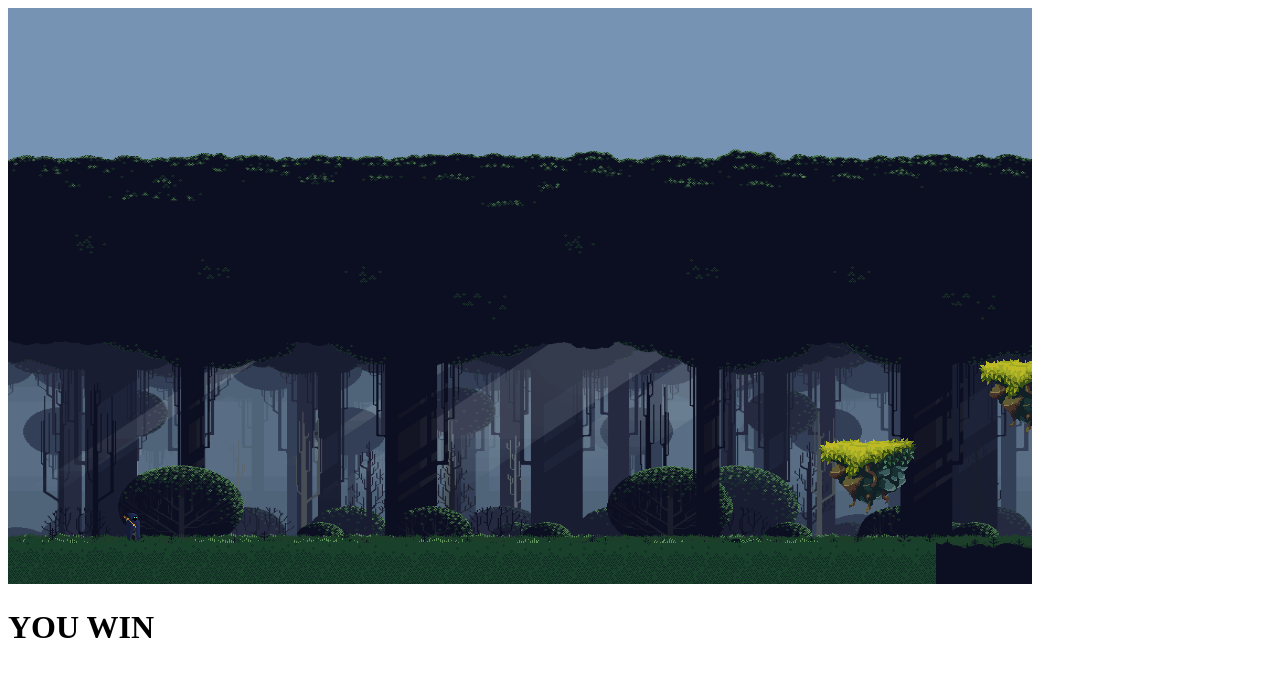
Repository: chenbert1211/Fullstack-Projects
Page: game2/game.html
The author's editor kept a record of every edit. The page is drawn from the files as they stood at one moment, then again after the next edit.
The browser window is 1280 px wide. The pictures show the whole page.

Above is the page before.

### game2/game.html
<!DOCTYPE html>
<html>
    <head>
        <meta http-equiv="content-type" content="text/html; charset=utf-8" />
        <link rel="stylesheet" href="css.css" type="text/css" />
        <title>`substitute(Filename('', 'Page Title'), '^.', '\u&', '')`</title>
    </head>
    <body>
     <div> <canvas></canvas></div>
     <h1 id='win'>YOU WIN</h1>
     <script type="text/javascript" src="./enemy.js"></script>
     <script type="text/javascript" src="./app.js"></script>
    </body>
</html>

### game2/css.css
#id{
    position: absolute;
    color: pink;
    display: flex;
    /*item-align: center;*/
    background-color: pink;

}

### game2/enemy.js
class Sprite {
    constructor({position, imageSrc, scale = 1, framesMax = 1, offset = {x:0, y:0}}){
    this.position = position,
    this.height = 50,
    this.width = 50,
    this.image = new Image(),
    this.image.src = imageSrc,
    this.scale = scale,
    this.framesMax = framesMax,
    this.framesCurrent = 0,
    this.framesElapsed = 0,
    this.framesHold = 5
    this.offset = offset

    }

    draw(){
        c.drawImage(this.image,
        this.framesCurrent * (this.image.width / this.framesMax),
        0,
        this.image.width/this.framesMax,
        this.image.height,
        this.position.x - this.offset.x,
        this.position.y - this.offset.y,
        (this.image.width/this.framesMax) * this.scale,
        this.image.height * this.scale)
    }
    // this function adds the player in the game when called

    update()
    {
        this.draw()
        this.framesElapsed++

        if(this.framesElapsed % this.framesHold ===0)
        {
            if(this.framesCurrent < this.framesMax - 1){
                this.framesCurrent++
            }else{
                this.framesCurrent = 0
            }
        }
    }
    // currently makes the player fall if hes in the air
}

class Enemy extends Sprite {
     constructor({position, velocity = {x: 0, y:0}, imageSrc, scale = 1, framesMax = 1, offset = {x:0, y:0},
    sprites})
    {
        super({
        position,
        imageSrc,
        scale,
        framesMax,
        offset
    })
    this.health = 100;
    this.velocity = velocity
    this.height = 50;
    this.width = 50;
    this.lastKey;
    this.key = {
        d: false,
        a: false
    }
    this.attackbox = {
        width: 10,
        height: 10
    };
    this.isAttack = false;
    this.attackAn = false;
    this.framesCurrent = 0,
    this.framesElapsed = 0,
    this.framesHold = 7
    this.attacked = false
    this.sprites = sprites;
    for(const sprite in this.sprites){
        sprites[sprite].image = new Image()
        sprites[sprite].image.src = sprites[sprite].imageSrc
        // sprites[sprite].framesMax = sprites[sprite].framesMax
    }
    }

    update(){
        this.draw()
         this.position.y += this.velocity.y;
        this.position.x += this.velocity.x;

        this.framesElapsed++

        if(this.framesElapsed % this.framesHold === 0)
        {
            if(this.framesCurrent < this.framesMax - 1){
                this.framesCurrent++
            }else{
                this.framesCurrent = 0
            }
        }

        if(this.position.y + this.height + this.velocity.y >= canvas.height + 25)
        {
            this.velocity.y = 0
        }
        else{

            this.velocity.y += gravity;
        }


        // if(player1.position.x + 100 >= this.position.x)
        // {
        //     this.velocity.x = -1;
        // }
        if(this.health > 0){
         if(this.position.x <= 500 && player1.position.y + 20 + player1.height >= this.position.y &&
    player1.position.y + 20 <= this.position.y + this.height)
    {if(this.attacked == true){
            this.image = this.sprites.hit.image
            this.framesMax = this.sprites.hit.framesMax}
            else
        if(player1.position.x >= this.position.x)
        {
            this.image = this.sprites.run.image
            this.framesMax = this.sprites.run.framesMax
            this.velocity.x = 1;

        }
        if(player1.position.x <= this.position.x)
        {
            // console.log(this.position)
            if(this.position.x - player1.position.x >= 1 && this.position.x - player1.position.x <= 20)
            {
                this.velocity.x = 0
                this.image = this.sprites.attack.image
                this.framesMax = this.sprites.attack.framesMax
                if(this.framesMax == 15 && this.framesCurrent == 10)
                {
                    this.framesCurrent = 0;
                    player1.hitted = true
                    if(player1.hitted == true){
                        player1.velocity.x -= 100;
                    }
                    setTimeout(() => { player1.hitted = false}, 200)
                    player1.health -= 20;
                }else if(this.framesMax == 13 && this.framesCurrent == 6)
                {
                      player1.hitted = true
                    setTimeout(() => { player1.hitted = false}, 200)
                    player1.health -= 10;
                }else if(this.framesMax == 8 && this.framesCurrent == 2){
                     player1.hitted = true
                    setTimeout(() => { player1.hitted = false}, 200)
                    player1.health -= 5;
                }
            }
            else{
            this.image = this.sprites.run.image
            this.framesMax = this.sprites.run.framesMax
           this.velocity.x = -1;}
    }}else
        {
            this.velocity.x = 0
            this.image = this.sprites.idle.image
            this.framesMax = this.sprites.idle.framesMax
        }
    }else
        {
            this.image = this.sprites.dead.image
            this.framesMax = this.sprites.dead.framesMax
            // console.log(this.framesCurrent, this.framesElapsed, this.framesMax, this.framesHold)
            if(this.framesCurrent == this.framesMax -1)
            {
            this.framesElapsed = null
            }
        }
    }
}


class Platform extends Sprite{
   constructor({position, velocity = {x: 0, y:0}, imageSrc, scale = 1, framesMax = 1, offset = {x:0, y:0},
    sprites, height = 10, width = 100})
    {
        super({
        position,
        imageSrc,
        scale,
        framesMax,
        offset
    })
    this.width = width;
    this.height = height;
    this.scale = scale,
    this.framesMax = framesMax,
    this.framesCurrent = 0,
    this.framesElapsed = 0,
    this.framesHold = 5
    }

    update(){
        this.draw()
        this.framesElapsed++

        if(this.framesElapsed % this.framesHold === 0)
        {
            if(this.framesCurrent < this.framesMax - 1){
                this.framesCurrent++
            }else{
                this.framesCurrent = 0
            }
        }
    }
}

Loaded but not shown: game2/app.js (1131 lines, source omitted)

After the next edit:
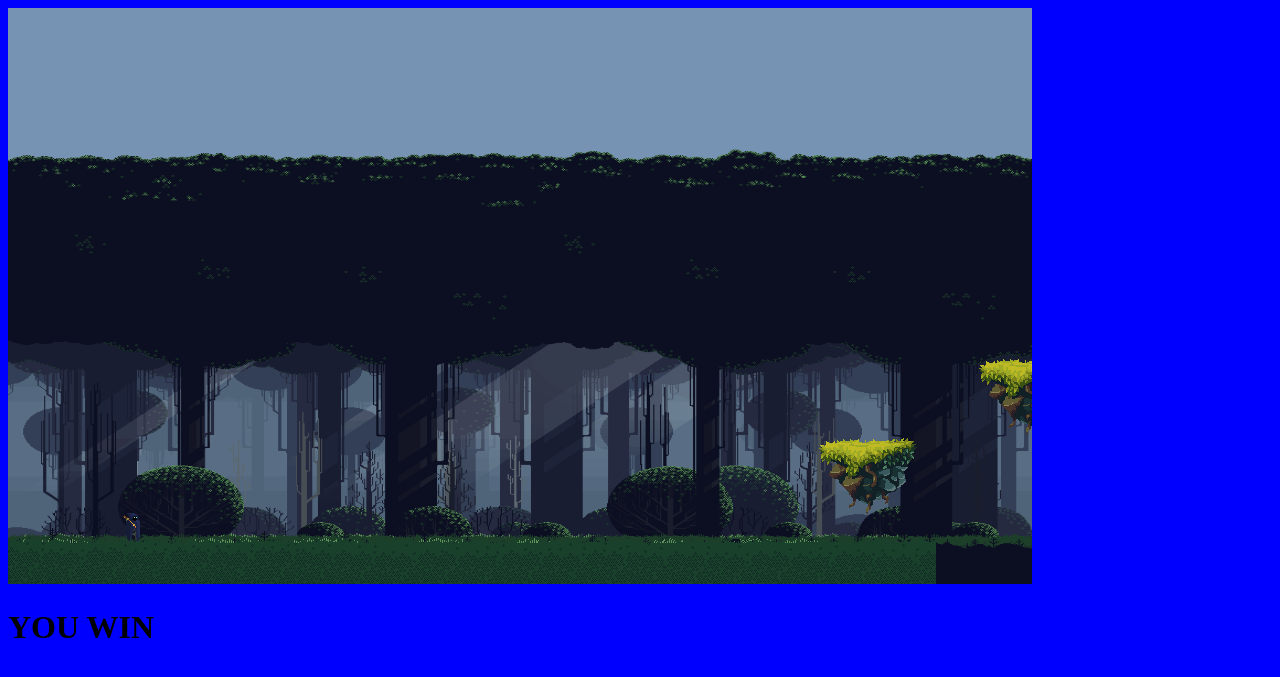
The edit:
--- a/game2/css.css
+++ b/game2/css.css
@@ -6,3 +6,6 @@
     background-color: pink;
 
 }
+body{
+    background-color: blue;
+}
